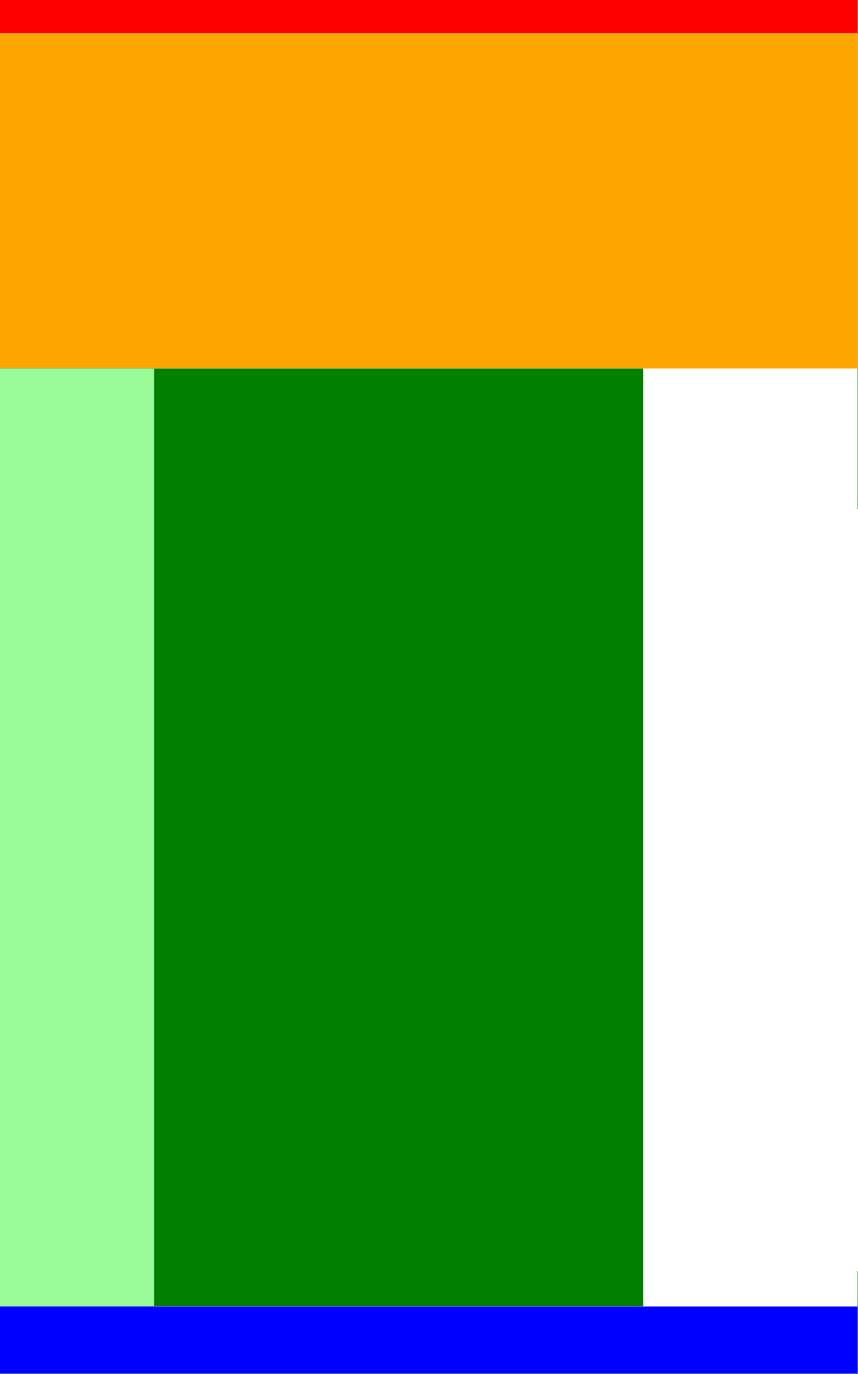
Repository: kawasemi70/1-3
Page: 1-4/1-4.html
The author's editor kept a record of every edit. The page is drawn from the files as they stood at one moment, then again after the next edit.
The browser window is 1280 px wide. The pictures show the whole page, at 67% of full size.

Above is the page before.

After the next edit:
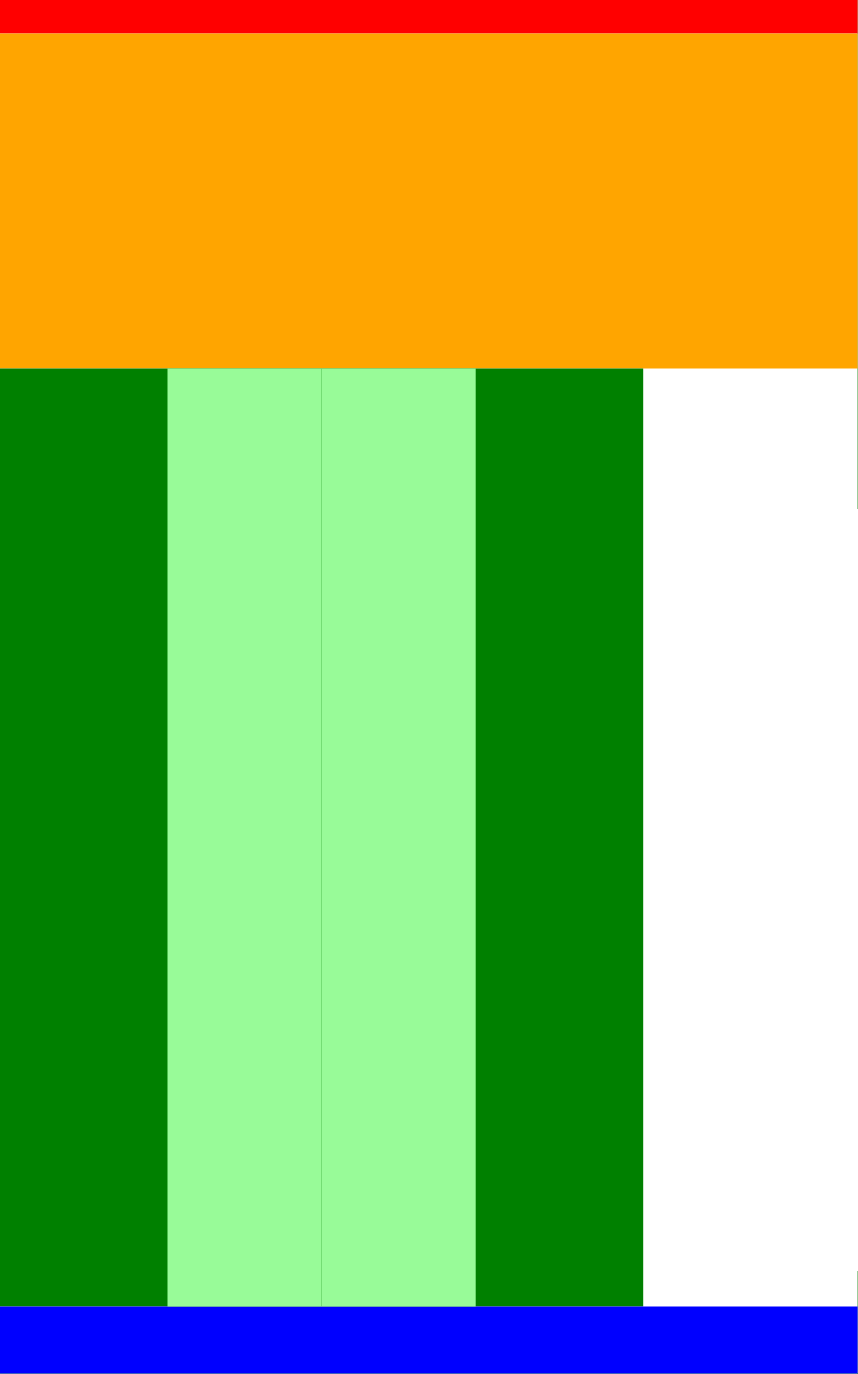
The edit:
--- a/1-4/1-4.css
+++ b/1-4/1-4.css
@@ -20,6 +20,14 @@
   width: 960px;
   height: 1400px;
   background-color: green;
+  display: flex;
+  justify-content: center;
+  margin: 0;
+}
+.sidebar-right {
+  width:230px;
+  height:1400px;
+  background-color:palegreen;
 }
 .blog {
   width: 230px;
